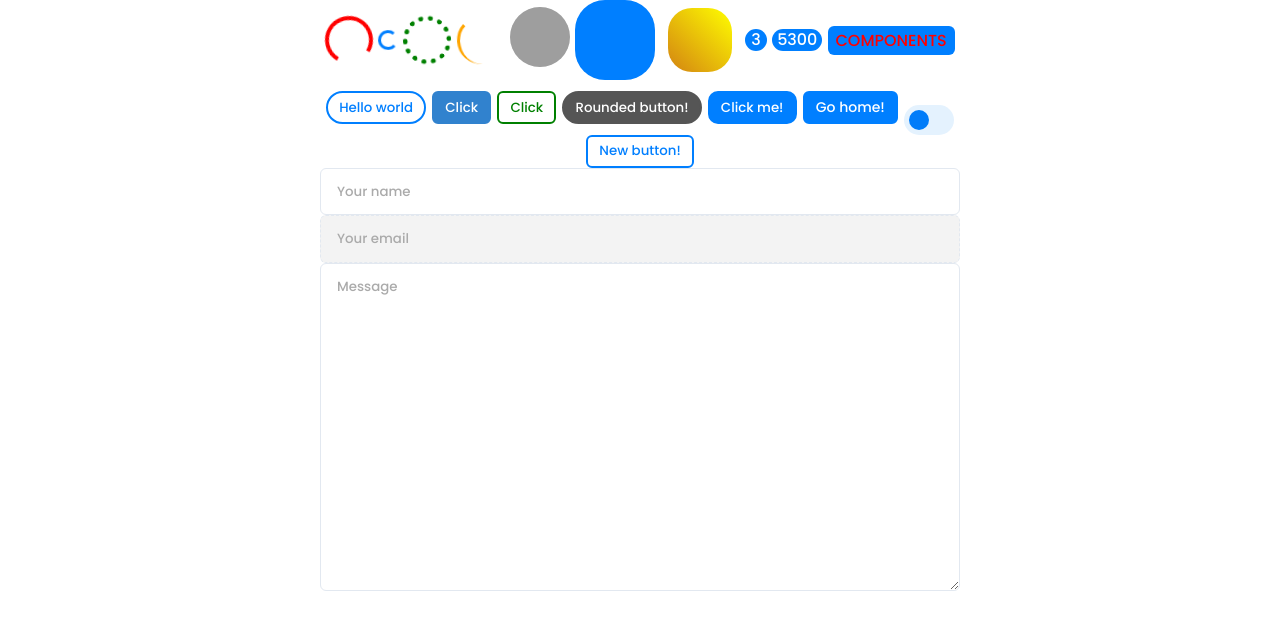
Repository: langf00rd/milky-ui
Page: / (app in example/)
These files come from the project's save history. The page is drawn as it stood at one moment and after the next save; the edit follows.
The browser window is 1280 px wide. The pictures show the whole page.
Pictures or frames that could not be fetched are drawn as grey boxes. The project was rebuilt for these pictures with package versions that can differ from the ones it lists, and the page was loaded fresh each time.

Above is the page before, as saved 2022-08-12 13:48:27.

### example/public/index.html
<!DOCTYPE html>
<html lang="en">
  <head>
    <meta charset="utf-8" />
    <link rel="shortcut icon" href="%PUBLIC_URL%/favicon.ico" />
    <meta
      name="viewport"
      content="width=device-width, initial-scale=1, shrink-to-fit=no"
    />
    <meta name="theme-color" content="#000000" />

    <!--
      manifest.json provides metadata used when your web app is added to the
      homescreen on Android. See https://developers.google.com/web/fundamentals/engage-and-retain/web-app-manifest/
    -->
    <link rel="manifest" href="%PUBLIC_URL%/manifest.json" />

    <!--
      Notice the use of %PUBLIC_URL% in the tags above.
      It will be replaced with the URL of the `public` folder during the build.
      Only files inside the `public` folder can be referenced from the HTML.

      Unlike "/favicon.ico" or "favicon.ico", "%PUBLIC_URL%/favicon.ico" will
      work correctly both with client-side routing and a non-root public URL.
      Learn how to configure a non-root public URL by running `npm run build`.
    -->
    <title>milky-ui</title>
  </head>

  <body>
    <noscript>
      You need to enable JavaScript to run this app.
    </noscript>

    <div id="root"></div>

    <!--
      This HTML file is a template.
      If you open it directly in the browser, you will see an empty page.

      You can add webfonts, meta tags, or analytics to this file.
      The build step will place the bundled scripts into the <body> tag.

      To begin the development, run `npm start` or `yarn start`.
      To create a production bundle, use `npm run build` or `yarn build`.
    -->
  </body>
</html>

### example/src/index.css
@import url('https://fonts.googleapis.com/css2?family=Poppins:wght@300;400;500;600&display=swap');

body {
  margin: 0;
  padding: 0;
  font-family: -apple-system, BlinkMacSystemFont, 'Segoe UI', 'Roboto', 'Oxygen',
    'Ubuntu', 'Cantarell', 'Fira Sans', 'Droid Sans', 'Helvetica Neue',
    sans-serif;
  -webkit-font-smoothing: antialiased;
  -moz-osx-font-smoothing: grayscale;
}

* {
  font-family: 'Poppins', sans-serif;
  font-weight: 500;
}

code {
  font-family: source-code-pro, Menlo, Monaco, Consolas, 'Courier New',
    monospace;
}

main {
  display: flex;
  align-items: center;
  flex-wrap: wrap;
  justify-content: space-evenly;
  /*height: 20vh;*/
  width: 50vw;
  margin: auto;
  /*margin-top: 100px;*/
}

input {
  /*margin: 20px;*/
}

### example/src/App.js
import React from "react";
import { useState } from "react";
import { Avatar, Label,Spinner, Meta, Badge, Switch, Button, Input, OutlineButton } from "milky-ui";

const App = () => {
  const [isSwitched, setIsSwitched] = useState(false);

  const buttonClick=()=>{
    alert("Yay! button clicked")
  }

  return (
    <main>
      <Meta
        title="Milky UI Components"
        description="Random description"
        twitterDescription="Twitter description"
        image="https://blog.urbanpiper.com/content/images/2021/06/logo-react.png"
      />
      <Spinner speed={'.5s'} thickness={'4px'} color={'red'} />
      <Spinner thickness={'3px'} size={'20px'} />
      <Spinner color={'green'} variant={1} />
      <Spinner color={'orange'} variant={2} />
      <Avatar src="https://blog.urbanpiper.com/content/images/2021/06/logo-react.png" />
      <Avatar isEmpty={true} radius="30px" bg="#007fff" size="80px" />
      <Avatar isEmpty={true} custom={"transform: scale(.8)"} radius="30px" bg="linear-gradient(45deg, #D38312, yellow)"
              size="80px" />
      <Badge label="3" />
      <Badge label="5300" />
      <Label color='red' text='COMPONENTS' type='success' />
      <OutlineButton label={"Hello world"} radius={"1000px"} hoverColor={"red"} />
      <Button bg='#3182ce' label='Click'/>
      <OutlineButton color='green' label='Click'/>
      <Button hoverBg={"green"} radius="9999px" label="Rounded button!" bg={"#555"} />
      <Button radius={"10px"} action={buttonClick} label="Click me!" />
      <Button to={"/home"} label={"Go home!"} />
      <Switch onChange={() => {
        setIsSwitched(!isSwitched);
      }} value={isSwitched} />
      <OutlineButton action={buttonClick} label="New button!" />
      <Input placeholder="Your name" />
      <Input borderStyle='dashed' disabled placeholder="Your email" />
      <Input isMultiline={true} height="300px" resize="vertical" placeholder="Message" />
    </main>
  );
};

export default App;

### src/index.js
export { OutlineButton } from './components/buttons/OutlineButton'
export { Button } from './components/buttons/Button'
export { Input } from './components/inputs/Input'
export { Spinner } from './components/Spinner'
export { Switch } from './components/Switch'
export { Avatar } from './components/Avatar'
export { Badge } from './components/Badge'
export { Label } from './components/Label'
export { Meta } from './components/Meta'

### src/components/buttons/OutlineButton/index.js
import React from 'react'
import { StyledOutlinedButton } from './styles'

export const OutlineButton = ({
  height = '',
  width = '',
  radius = '',
  color = '',
  hoverColor = '',
  label = '',
  action = () => {},
  custom
}) => {
  return (
    <StyledOutlinedButton
      height={height}
      width={width}
      hoverColor={hoverColor}
      radius={radius}
      color={color}
      onClick={action}
      custom={custom}
    >
      {label}
    </StyledOutlinedButton>
  )
}

### src/components/buttons/Button/index.js
import React from 'react'
import { StyledMButton, StyledMLinkButton } from './styles'

const LinkButton = ({ props }) => {
  const {
    bg,
    to,
    radius,
    label,
    height,
    width,
    borderColor,
    textColor,
    hoverTextColor,
    hoverBg,
    action,
    custom
  } = props
  return (
    <StyledMLinkButton
      bg={bg}
      href={to}
      radius={radius}
      height={height}
      width={width}
      borderColor={borderColor}
      textColor={textColor}
      hoverTextColor={hoverTextColor}
      hoverBg={hoverBg}
      onClick={action}
      custom={custom}
    >
      {label}
    </StyledMLinkButton>
  )
}

/***/

const DefaultButton = ({ props }) => {
  const {
    bg,
    radius,
    label,
    height,
    width,
    borderColor,
    textColor,
    hoverTextColor,
    hoverBg,
    action,
    custom
  } = props
  return (
    <StyledMButton
      bg={bg}
      radius={radius}
      height={height}
      width={width}
      borderColor={borderColor}
      textColor={textColor}
      hoverTextColor={hoverTextColor}
      hoverBg={hoverBg}
      onClick={action}
      custom={custom}
    >
      {label}
    </StyledMButton>
  )
}

export const Button = (props) => {
  const { to } = props
  if (to) return <LinkButton props={props} />
  return <DefaultButton props={props} />
}

### src/components/inputs/Input/index.js
import React from 'react'
import { StyledInput, StyledMultilineInput } from './styles'

export const Input = ({
  disabled = false,
  height = '',
  resize = '',
  padding = '',
  isMultiline = false,
  onChange = () => {},
  value,
  focusBg = '',
  focusBorderColor = '',
  width = '',
  radius = '',
  placeholder = '',
  borderStyle = '',
  placeholderColor = '',
  borderColor = '',
  bg = '',
  borderWidth = '',
  custom
}) => {
  if (isMultiline)
    return (
      <StyledMultilineInput
        focusBorderColor={focusBorderColor}
        placeholder={placeholder}
        onChange={onChange}
        disabled={disabled}
        custom={custom}
        focusBg={focusBg}
        padding={padding}
        borderWidth={borderWidth}
        resize={resize}
        radius={radius}
        height={height}
        value={value}
        borderStyle={borderStyle}
        placeholderColor={placeholderColor}
        borderColor={borderColor}
        width={width}
        bg={bg}
      />
    )

  return (
    <StyledInput
      focusBorderColor={focusBorderColor}
      placeholder={placeholder}
      onChange={onChange}
      disabled={disabled}
      focusBg={focusBg}
      padding={padding}
      borderWidth={borderWidth}
      radius={radius}
      borderStyle={borderStyle}
      placeholderColor={placeholderColor}
      borderColor={borderColor}
      value={value}
      width={width}
      bg={bg}
    />
  )
}

### src/components/Spinner/index.js
import React from 'react'
import { StyledSpinner, StyledSpinner1, StyledSpinner2 } from './styles'

export const Spinner = (props) => {
  const { size, color, variant, thickness, speed } = props
  if (variant === 1)
    return (
      <StyledSpinner1
        thickness={thickness}
        speed={speed}
        size={size}
        color={color}
      />
    )
  if (variant === 2)
    return (
      <StyledSpinner2
        thickness={thickness}
        speed={speed}
        size={size}
        color={color}
      />
    )
  return (
    <StyledSpinner
      thickness={thickness}
      speed={speed}
      size={size}
      color={color}
    />
  )
}

### src/components/Switch/index.js
import React from 'react'
import { StyledLabel, StyledSwitch } from './style'

export const Switch = ({
  value = false,
  onChange = () => {},
  thumbColor = '',
  activeColor = '',
  inactiveColor = ''
}) => {
  return (
    <span>
      <StyledSwitch
        activeColor={activeColor}
        checked={value}
        onChange={onChange}
        type='checkbox'
        id='switch'
      />
      <StyledLabel
        thumbColor={thumbColor}
        inactiveColor={inactiveColor}
        htmlFor='switch'
      />
    </span>
  )
}

### src/components/Avatar/index.js
import React from 'react'
import { StyledAvatar, StyledAvatarWrapper, StyledEmptyAvatar } from './styles'

export const Avatar = ({
  action = () => {},
  alt = '',
  bg = '',
  isEmpty = false,
  fit = '',
  size = '',
  src = '',
  radius = '',
  custom
}) => {
  if (isEmpty)
    return (
      <StyledAvatarWrapper>
        <StyledEmptyAvatar
          fit={fit}
          bg={bg}
          custom={custom}
          size={size}
          radius={radius}
          src={src}
          onClick={action}
          isEmpty={isEmpty}
        />
      </StyledAvatarWrapper>
    )

  return (
    <StyledAvatarWrapper>
      <StyledAvatar
        fit={fit}
        bg={bg}
        custom={custom}
        size={size}
        radius={radius}
        src={src}
        alt={alt}
        onClick={action}
        isEmpty={isEmpty}
      />
    </StyledAvatarWrapper>
  )
}

### src/components/Badge/index.js
import React from 'react'
import { StyledBadge } from './styles'

export const Badge = ({
  label = '',
  bg = '',
  size = '',
  textColor = '',
  radius = '',
  fontSize = '',
  custom
}) => {
  return (
    <StyledBadge
      bg={bg}
      textColor={textColor}
      radius={radius}
      fontSize={fontSize}
      size={size}
      custom={custom}
    >
      {label}
    </StyledBadge>
  )
}

### src/components/Label/index.js
import React from 'react'
import { StyledErrorLabel, StyledLabel, StyledSucessLabel } from './styles'

export const Label = (props) => {
  const { text, color, bg, type } = props
  if (type === 'sucess') return <StyledSucessLabel>{text}</StyledSucessLabel>
  if (type === 'error') return <StyledErrorLabel>{text}</StyledErrorLabel>
  return (
    <StyledLabel color={color} bg={bg}>
      {text}
    </StyledLabel>
  )
}

### src/components/buttons/OutlineButton/styles.js
import styledComponents from 'styled-components'
import { constStyles } from '../../../constants/styles.const'

export const StyledOutlinedButton = styledComponents.button`
    // padding: .7rem 1.3rem;
    // height: ${(p) => (p.height ? p.height : '')};
    // width: ${(p) => (p.width ? p.width : 'max-content')};
    // border: 2.3px solid ${(p) => (p.color ? p.color : '#007fff')};
    // cursor: pointer;
    // border-radius: ${(p) => (p.radius ? p.radius : '10px')};
    // background: transparent;
    // color: ${(p) => (p.color ? p.color : '#007fff')};
    // transition: 0.1s linear;
    // display:flex;
    // align-items:center;
    // justify-content:center;
    // user-select: none;

    border-radius: ${(p) => (p.radius ? p.radius : constStyles.radius)};
    border: 2.3px solid ${(p) => (p.color ? p.color : '#007fff')};
    width: ${(p) => (p.width ? p.width : 'max-content')};
    color: ${(p) => (p.color ? p.color : '#007fff')};
    height: ${(p) => (p.height ? p.height : '')};
    cursor: pointer;
    background: transparent;
    transition: 0.1s linear;
    align-items:center;
    justify-content:center;
    user-select: none;
    display: inline-flex;
    -webkit-box-align: center;
    white-space: nowrap;
    vertical-align: middle;
    line-height: 1.2;
    padding: 0.4rem 0.7rem;

    &:hover  {
        color: ${(p) => (p.hoverColor ? p.hoverColor : p.hoverColor)};
        border-color: ${(p) => (p.hoverColor ? p.hoverColor : p.hoverColor)};
    }

    &:active {
        box-shadow: rgb(38 57 77) 0px 6px 21px -11px;
        transform: scale(0.9);
    }

    ${(p) => (p.custom ? p.custom : null)};
`

### src/components/buttons/Button/styles.js
import styledComponents from 'styled-components'
import { constStyles } from '../../../constants/styles.const'

export const StyledMButton = styledComponents.button`
    border-radius: ${(p) => (p.radius ? p.radius : constStyles.radius)};
    border: 2.3px solid ${(p) => (p.bg ? p.bg : '#007fff')};
    color: ${(p) => (p.textColor ? p.textColor : '#fff')};
    width: ${(p) => (p.width ? p.width : 'max-content')};
    background: ${(p) => (p.bg ? p.bg : '#007fff')};
    height: ${(p) => (p.height ? p.height : '')};
    cursor: pointer;
    transition: 0.1s linear;
    align-items:center;
    justify-content:center;
    user-select: none;
    display: inline-flex;
    -webkit-box-align: center;
    white-space: nowrap;
    vertical-align: middle;
    line-height: 1.2;
    padding: 0.4rem 0.7rem;

    &:hover {
        color: ${(p) => (p.hoverTextColor ? p.hoverTextColor : p.textColor)};
        border-color: ${(p) => (p.hoverBg ? p.hoverBg : p.hoverBg)};
        background: ${(p) => (p.hoverBg ? p.hoverBg : p.bg)};
    }

    &:active {
        transform: scale(0.9);
        box-shadow: rgb(38 57 77) 0px 6px 21px -11px;
    }

    ${(p) => (p.custom ? p.custom : null)};
`

/***/

export const StyledMLinkButton = styledComponents.a`
    height: ${(p) => (p.height ? p.height : '')};
    width: ${(p) => (p.width ? p.width : 'max-content')};
    border: 2.3px solid ${(p) => (p.bg ? p.bg : '#007fff')};
    cursor: pointer;
    border-radius: ${(p) => (p.radius ? p.radius : constStyles.radius)};
    background: ${(p) => (p.bg ? p.bg : '#007fff')};
    color: ${(p) => (p.textColor ? p.textColor : '#fff')};
    transition: 0.1s linear;
    align-items:center;
    justify-content:center;
    user-select: none;
    display: inline-flex;
    -webkit-box-align: center;
    white-space: nowrap;
    vertical-align: middle;
    line-height: 1.2;
    padding: 0.4rem 0.7rem;
    text-decoration: none;
    font-size: 14px;

    &:hover,
    &:active {
        color: ${(p) => (p.bg ? p.bg : p.textColor)};
        background: ${(p) => (p.hoverBg ? p.hoverBg : p.bg)};
        border-color: ${(p) => (p.hoverBg ? p.hoverBg : p.hoverBg)};
    }

    &:active {
        transform: scale(0.9);
        box-shadow: rgb(38 57 77) 0px 6px 21px -11px;
    }

    ${(p) => (p.custom ? p.custom : null)};
`

### src/components/inputs/Input/styles.js
import styledComponents from 'styled-components'
import { colors } from '../../../constants/colors.const'
import { constStyles } from '../../../constants/styles.const'

export const StyledInput = styledComponents.input`
    border-color: ${(p) =>
      p.borderColor ? p.borderColor : colors.borderColor};
    border-width: ${(p) => (p.borderWidth ? p.borderWidth : '1px')};
    border-radius: ${(p) => (p.radius ? p.radius : constStyles.radius)};
    border-style: ${(p) => (p.borderStyle ? p.borderStyle : 'solid')};
    padding: 0.8rem 1rem;
    background: ${(p) => (p.bg ? p.bg : '#fff')};
    width: ${(p) => (p.width ? p.width : '100%')};
    outline-color: ${(p) =>
      p.focusBorderColor ? p.focusBorderColor : colors.inputOutlineColor};

    &:focus {
      box-shadow: 0 0 10px 0px ${colors.shadowColor};
      background: ${(p) => (p.focusBg ? p.focusBg : '#fff')};
    }

    &:disabled {
        background: ${colors.disabledInputColor};
    }

    &::placeholder {
      color: ${(p) =>
        p.placeholderColor ? p.placeholderColor : colors.placeholderColor}
    }

    ${(p) => (p.custom ? p.custom : null)};
`

export const StyledMultilineInput = styledComponents.textarea`
    outline-color: ${(p) =>
      p.focusBorderColor ? p.focusBorderColor : colors.inputOutlineColor};
    height: ${(p) => (p.height ? p.height : '')};
    resize ${(p) => (p.resize ? p.resize : 'none')};
    border-color: ${(p) =>
      p.borderColor ? p.borderColor : colors.borderColor};
      border-width: ${(p) => (p.borderWidth ? p.borderWidth : '1px')};
    border-radius: ${(p) => (p.radius ? p.radius : constStyles.radius)};
    border-style: ${(p) => (p.borderStyle ? p.borderStyle : 'solid')};
    background: ${(p) => (p.bg ? p.bg : '#fff')};
    width: ${(p) => (p.width ? p.width : '100%')};
    font-family: inherit;
    padding: 0.8rem 1rem;
    text-align: left;

    &:focus {
      background: ${(p) => (p.focusBg ? p.focusBg : '#fff')};
      box-shadow: 0 0 10px 0px ${colors.shadowColor};
    }

    &:disabled {
        background: ${colors.disabledInputColor};
    }

    &::placeholder {
      color: ${(p) =>
        p.placeholderColor ? p.placeholderColor : colors.placeholderColor}
    }

    ${(p) => (p.custom ? p.custom : null)};
`

### src/components/Spinner/styles.js
import styledComponents from 'styled-components'
import { colors } from '../../constants/colors.const'

export const StyledSpinner = styledComponents.div`
  width: ${(p) => (p.size ? p.size : '48px')};
  height: ${(p) => (p.size ? p.size : '48px')};
  border: ${(p) => (p.thickness ? p.thickness : '4px')} solid ${(p) =>
  p.color ? p.color : colors.primary};
  border-bottom-color: transparent;
  border-radius: 50%;
  display: inline-block;
  box-sizing: border-box;
  animation: rotation  ${(p) => (p.speed ? p.speed : '2s')} linear infinite;

  @keyframes rotation {
  0% { transform: rotate(0deg); }
  100% { transform: rotate(360deg); }
`

/***/

export const StyledSpinner1 = styledComponents.div`
  width: ${(p) => (p.size ? p.size : '48px')};
  height: ${(p) => (p.size ? p.size : '48px')};
  border: 5px dotted ${(p) => (p.color ? p.color : colors.primary)};
  border-radius: 50%;
  display: inline-block;
  position: relative;
  box-sizing: border-box;
  animation: rotation ${(p) => (p.speed ? p.speed : '2s')} linear infinite;

  @keyframes rotation {
  0% {
    transform: rotate(0deg);
  }
  100% {
    transform: rotate(360deg);
  }
}
`

/***/

export const StyledSpinner2 = styledComponents.div`
  width: ${(p) => (p.size ? p.size : '48px')};
  height: ${(p) => (p.size ? p.size : '48px')};
  border-radius: 50%;
  display: inline-block;
  border-top: ${(p) => (p.thickness ? p.thickness : '3px')} solid ${(p) =>
  p.color ? p.color : colors.primary};
  border-right: 3px solid transparent;
  box-sizing: border-box;
  animation: rotation  ${(p) => (p.speed ? p.speed : '2s')} linear infinite;

  @keyframes rotation {
  0% {
    transform: rotate(0deg);
  }
  100% {
    transform: rotate(360deg);
  }
}
`

### src/components/Switch/style.js
import styledComponents from 'styled-components'

export const StyledSwitch = styledComponents.input`
    height: 0;
    width: 0;
    visibility: hidden;

    &:checked+label:after {
        left: calc(100% - 5px);
        transform: translateX(-100%);
    }

    &:checked+label {
        background: ${(p) => (p.activeColor ? p.activeColor : '#2195f351')};
    }
`

export const StyledLabel = styledComponents.label`
    cursor: pointer;
    text-indent: -9999px;
    width: 50px;
    height: 30px;
    display: block;
    border-radius: 100px;
    position: relative;
    background: ${(p) => (p.inactiveColor ? p.inactiveColor : '#2196f31f')};

    &:after {
        content: '';
        position: absolute;
        top: 5px;
        left: 5px;
        width: 20px;
        height: 20px;
        background: ${(p) => (p.thumbColor ? p.thumbColor : '#017cf9')};
        border-radius: 90px;
        transition: 0.3s;
    }
    // stretchy bouncy effect on click
    // &:active:after {
    //     width: 30px;
    // }
`

### src/components/Avatar/styles.js
import styledComponents from 'styled-components'

export const StyledAvatar = styledComponents.img`
    border-radius: ${(p) => (p.radius ? p.radius : '9999px')};
    background: ${(p) => (p.bg ? p.bg : '#f1f1f1')};
    object-fit: ${(p) => (p.fit ? p.fit : 'cover')};
    height: ${(p) => (p.size ? p.size : '60px')};
    width: ${(p) => (p.size ? p.size : '60px')};
    ${(p) => (p.custom ? p.custom : null)};
`

export const StyledEmptyAvatar = styledComponents.div`
    border-radius: ${(p) => (p.radius ? p.radius : '9999px')};
    background: ${(p) => (p.bg ? p.bg : '#f1f1f1')};
    object-fit: ${(p) => (p.fit ? p.fit : 'cover')};
    height: ${(p) => (p.size ? p.size : '60px')};
    width: ${(p) => (p.size ? p.size : '60px')};
    ${(p) => (p.custom ? p.custom : null)};
`

export const StyledAvatarWrapper = styledComponents.div`
    width: max-content;
`

### src/components/Badge/styles.js
import styledComponents from 'styled-components'

export const StyledBadge = styledComponents.div`
  font-size: ${(p) => (p.fontSize ? p.fontSize : 'inherit')};
  border-radius: ${(p) => (p.radius ? p.radius : '500px')};
  color: ${(p) => (p.textColor ? p.textColor : '#fff')};
  min-width: ${(p) => (p.size ? p.size : '22px')};
  background: ${(p) => (p.bg ? p.bg : '#007fff')};
  height: ${(p) => (p.size ? p.size : '22px')};
  box-sizing: border-box;
  padding: 0 5px;
  vertical-align: middle;
  display: inline-flex;
  justify-content: center;
  align-items: center;
  line-height: 0;
  ${(p) => (p.custom ? p.custom : null)};
`

### src/components/Label/styles.js
import styledComponents from 'styled-components'
import { colors } from '../../constants/colors.const'
import { constStyles } from '../../constants/styles.const'

export const StyledLabel = styledComponents.div`
    background: ${(p) => (p.bg ? p.bg : colors.primary)};
    border-radius: ${constStyles.radius};
    color: ${(p) => (p.color ? p.color : '#fff')};
    padding: 2px 8px;
`

/***/

export const StyledSucessLabel = styledComponents.div`
background: ${colors.sucess};
border-radius: ${constStyles.radius};
color: ${colors.successTextColor};
padding: 2px 8px;
`

/***/

export const StyledErrorLabel = styledComponents.div`
background: ${colors.error};
border-radius: ${constStyles.radius};
color: ${colors.errorTextColor};
padding: 2px 8px;
`

### src/constants/meta.const.js
export const META_CONTENT = {
  robots: 'follow, index',
  description: '',
  site_name: '',
  image_alt: '',
  image: '',
  title: '',
  url: '',

  /* Twitter meta data */
  twitter_card: 'summary_large_image',
  twitter_description: '',
  twitter_image_alt: '',
  twitter_creator: '',
  twitter_domain: '',
  twitter_title: '',
  twitter_image: '',
  twitter_url: '',

  /* Open Graph / Facebook data */
  og_description: '',
  og_image_alt: '',
  og_site_name: '',
  og_title: '',
  og_image: '',
  og_type: '',
  og_url: ''
}

### src/constants/styles.const.js
export const constStyles = {
  radius: '0.375rem'
}

### src/constants/colors.const.js
export const colors = {
  primary: '#007fff',
  secondary: '',
  accent: '',
  inputOutlineColor: '#007fff55',
  inputBorderColor: '#e1e1e1',
  shadowColor: '#b3b3b340',
  disabledInputColor: '#f1f1f1cc',
  placeholderColor: '#aaa',
  borderColor: '#E2E8F0',
  sucess: '#C5F3D5',
  error: '#F9D7D6',
  successTextColor: '#25543D',
  errorTextColor: '#822B27'
}

Loaded but not shown: example/src/index.js (common file); src/components/Meta/index.js (63 lines, source omitted)

After the next save:
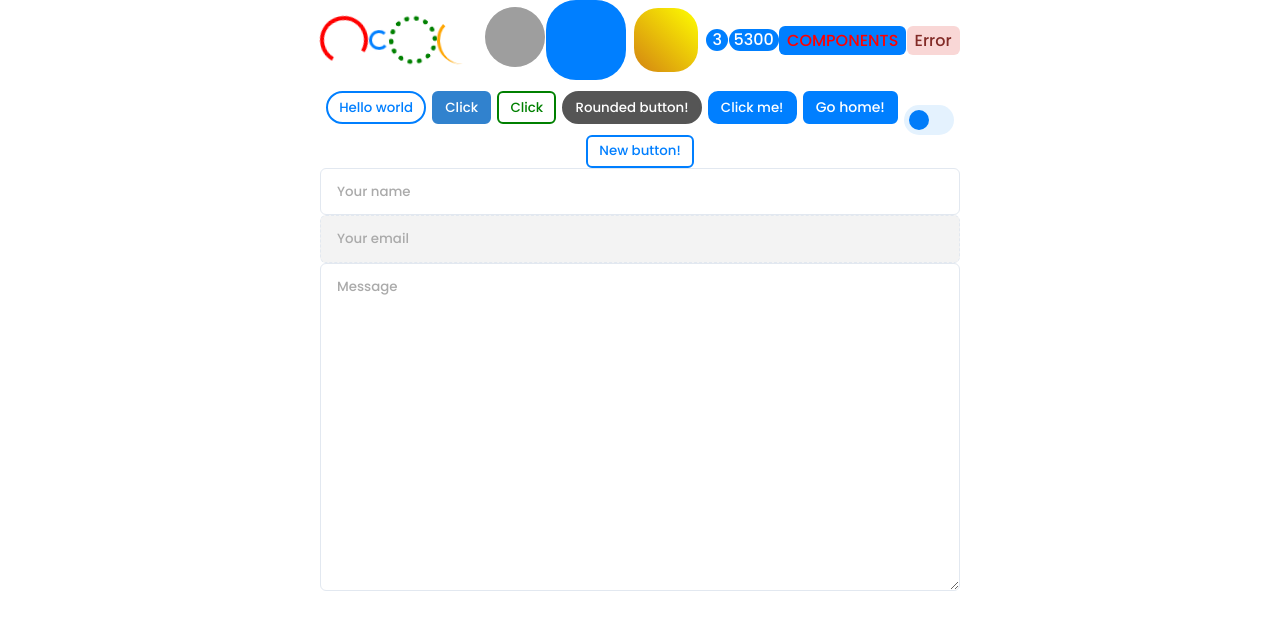
Saved 47 s later.
--- a/example/src/App.js
+++ b/example/src/App.js
@@ -28,6 +28,7 @@ const App = () => {
       <Badge label="3" />
       <Badge label="5300" />
       <Label color='red' text='COMPONENTS' type='success' />
+      <Label type='error' text='Error' />
       <OutlineButton label={"Hello world"} radius={"1000px"} hoverColor={"red"} />
       <Button bg='#3182ce' label='Click'/>
       <OutlineButton color='green' label='Click'/>
